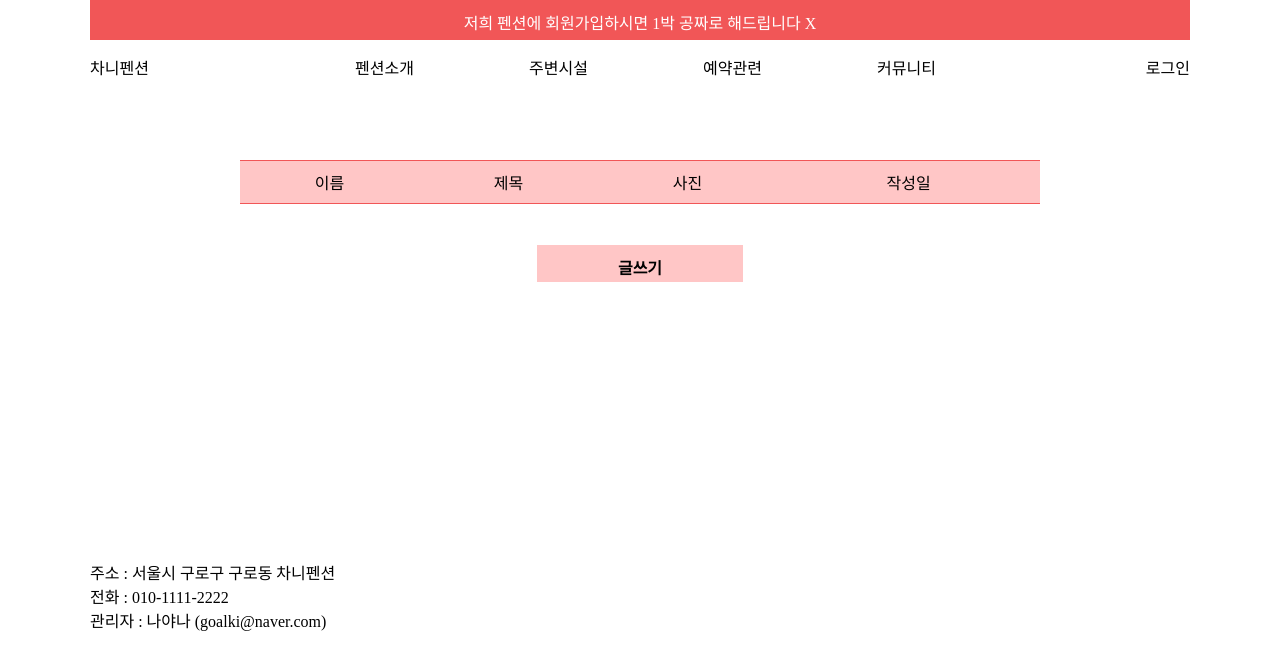
Repository: goalki/pension
Page: http://localhost/pension/tour/list.jsp
The author's editor kept a copy of each file at every save. The page is drawn from the files as they stood at one save, then again after the next save.
The browser window is 1280 px wide. The pictures show the whole page.
The page is served by Tomcat 9. Other server files are loaded and not shown. Queries for data that is not in the repository find no rows.

Above is the page before, as saved 2021-01-21 05:59:22.

### pension/WebContent/tour/list.jsp
<%@ page language="java" contentType="text/html; charset=UTF-8"
    pageEncoding="UTF-8"%>
<%@page import="java.sql.*" %>
<%@page import="pension.dto.TourDto" %>
<%@page import="pension.dao.Dao" %>
<%@page import="java.util.ArrayList" %>
<%@ taglib prefix="c" uri="http://java.sun.com/jsp/jstl/core" %>

<%
   Dao dao=new Dao();
   ArrayList<TourDto> list=dao.tour_list();
   pageContext.setAttribute("list", list);
   //out.print(list.size());
%>
<%@ include file="../top.jsp" %>


 <style>
  #section {
    width:1100px;
    height:400px;
    margin:auto;
    text-align:center;

    margin-top:60px;
  }
  #section tr:first-child {
    background:#FFC6C6;
  }
  #section td {
    height:40px;
    border:1px solid #f15657;
    border-left:none;
    border-right:none;
    border-bottom:none;
  }
  #section #link {
    margin-top:40px;
    display:inline-block;
    width:206px;
    height:27px;
    background:#FFC6C6;
    font-size:16px;
    font-weight:900;
    padding-top:10px;
  }
 </style>
 <div id="section">
   <!-- 레코드 내용 출력 -->
   <table width="800" align="center" cellspacing="0">
     <tr>
       <td> 이름 </td>
       <td> 제목 </td>
       <td> 사진 </td>
       <td> 작성일 </td>
     </tr>
    <c:forEach var="tdto" items="${list}">
     <tr>
       <td> ${tdto.name} </td>
       <td> <a href="content.jsp?id=${tdto.id}"> ${tdto.title} </a> </td>
       <td> <img src="img/${tdto.fname}" width="50"> </td>
       <td> ${tdto.writeday}  </td>
     </tr>
     </c:forEach>
     <tr height="50">
      <td colspan="4" align="center"> <a href="write.jsp" id="link"> 글쓰기 </a> </td>
     </tr>
   </table>
 </div>

<%@ include file="../bottom.jsp" %>

### pension/WebContent/top.jsp
<%@ page language="java" contentType="text/html; charset=UTF-8"
    pageEncoding="UTF-8"%>
<%@ taglib prefix="c" uri="http://java.sun.com/jsp/jstl/core" %>

<!DOCTYPE html>
<html>       <!-- index.jsp -->
<head>
<meta charset="UTF-8">
<title>Insert title here</title>
  <style>
    body {
      margin:0px;
    }
    a {
      text-decoration:none;
      color:black;
    }
    a:hover {
      color:blue;
    }
    #first {  /* 광고관련 1층 */
      width:1100px;
      height:30px;
      margin:auto;
      background:#f15657;
      text-align:center;
      padding-top:10px;
      color:white;
    }
    #second {  /* 로고, 메뉴 2층 */
      width:1100px;
      height:60px;
      margin:auto;
    }
    #second #left {
      padding-top:15px;
      width:100px;
      float:left;
    }
    #second #right {
      padding-top:15px;
      width:1000px;
      float:right;
      text-align:right;
    }
    #second #right #menu {
      display:inline-block;
      width:170px;
      height:30px; /* 주메뉴의 높이를 줘야 됩니다 */
      position:relative;
    }
    #second #right #menu:last-child {
      width:250px;
    }
    #second #right #menu .sub {
      position:absolute;
      width:120px;
      left:88px;
      top:10px;
      background:white;
      padding-left:0px;
      visibility:hidden;
      padding-top:10px;

    }
    #second #right #menu .sub li {
      list-style-type:none;
      text-align:center; /* 서브메뉴의 글자 중앙 */
    }


  </style>
    <script src="http://code.jquery.com/jquery-latest.js"></script>
  <script>
    function view_sub(n)
    {
    	document.getElementsByClassName("sub")[n].style.visibility="visible";
    }
    function hide_sub(n)
    {
    	document.getElementsByClassName("sub")[n].style.visibility="hidden";
    }

    $(function()
    {
    	$("#ff").click(function()
    	{
    		$("#first").slideUp();

    	});
    });
  </script>
</head>
<body>
  <div id="first">
     저희 펜션에 회원가입하시면  1박 공짜로 해드립니다
   <span id="ff"  style="cursor:pointer"> X </span>
  </div>
  <div id="second">
     <div id="left"> <a href="../main/index.jsp"> 차니펜션 </a></div>
     <div id="right">
        <span id="menu" onmouseenter="view_sub(0)" onmouseleave="hide_sub(0)"> 펜션소개
        <!-- 부메뉴 -->
           <ul class="sub">
            <li> <a href="../sogae/sogae.jsp"> 우리펜션 </a> </li>
            <li> 오시는길 </li>
           </ul>
        </span>
        <span id="menu" onmouseenter="view_sub(1)" onmouseleave="hide_sub(1)"> 주변시설
        <!-- 부메뉴 -->
           <ul class="sub">
            <li> 만리포 </li>
            <li> 연포</li>
            <li> 채석정 </li>
           </ul>
        </span>
        <span id="menu" onmouseenter="view_sub(2)" onmouseleave="hide_sub(2)"> 예약관련
         <!-- 부메뉴 -->
           <ul class="sub">
            <li>  예약 규정 </a> </li>
            <li> <a href="../reserve/reserve.jsp"> 실시간 예약 </a> </li>
           </ul>
        </span>
        <span id="menu" onmouseenter="view_sub(3)" onmouseleave="hide_sub(3)"> 커뮤니티
        <!-- 부메뉴 -->
           <ul class="sub">
            <li> <a href="../tour/list.jsp"> 여행 후기  </a></li>
            <li> 자유게시판 </li>
           </ul>
        </span>
        <span id="menu">
          <!-- 로그인 전 -->
          <c:if test="${userid == null}">
           <a href="../login/login.jsp"> 로그인 </a>
          </c:if>
          <!-- 관리자 로그인 한 경우 -->
          <c:if test="${userid == 'admin'}">
           <a href="../admin/reserve_view.jsp"> 예약관리  </a> /
           <a href="../admin/member_view.jsp"> 회원관리 </a> /
           <a href="../login/logout.jsp"> 로그아웃 </a>
          </c:if>
          <!--  로그인 한 후 -->
          <c:if test="${userid != null and userid != 'admin'}">
            ${name}님!! <a href="../mypage/mypage.jsp"> 내정보 </a>  <a href="../login/logout.jsp"> 로그아웃 </a>
          </c:if>

        </span>
    </div>
  </div>
  <!-- 여기까지 1층과 2층  top.jsp -->

### pension/WebContent/bottom.jsp
<%@ page language="java" contentType="text/html; charset=UTF-8"
    pageEncoding="UTF-8"%>
 <style>
 #fifth {     /* 펜션소개 5층 */
      width:1100px;
      height:100px;
      margin:auto;
    }
 </style>
<!-- 여기부터 5층 => bottom.jsp -->
  <div id="fifth">
    주소 : 서울시 구로구 구로동 차니펜션 <br>
    전화 : 010-1111-2222 <br>
    관리자 : 나야나  (goalki@naver.com) <br>
  </div>

</body>
</html>

### pension/src/pension/dao/Dao.java
package pension.dao;

import java.sql.*;
import java.time.LocalDate;
import java.util.ArrayList;

import com.oreilly.servlet.MultipartRequest;

import pension.dto.MemberDto;
import pension.dto.ReserveDto;
import pension.dto.RoomDto;
import pension.dto.TourDto;

public class Dao {

	String db="jdbc:mysql://localhost:3306/pension";
	String userid="root";
    String pw="1234";
    Connection conn;
	public Dao() throws ClassNotFoundException, SQLException
	{
		Class.forName("com.mysql.jdbc.Driver"); // 기능은 무조건 메소드내에서 실행
		conn=DriverManager.getConnection(db,userid,pw);
	}
	// room 테이블의 전체내용을 가져오기
    public ArrayList<RoomDto> get_room() throws SQLException
    {
    	String sql="select name,id from room order by price asc";
    	Statement stmt=conn.createStatement();
    	ResultSet rs=stmt.executeQuery(sql);
    	ArrayList<RoomDto> list=new ArrayList<RoomDto>();
    	while(rs.next())
    	{
    		RoomDto rdto=new RoomDto();
    		rdto.setId(rs.getInt("id"));
    		rdto.setName(rs.getString("name"));
    		list.add(rdto);
    	}
    	/*
    	String sql="select name from room order by price asc";
    	Statement stmt=conn.createStatement();
    	ResultSet rs=stmt.executeQuery(sql);
    	ArrayList<String> list=new ArrayList<String>();
    	while(rs.next())
    	{
    		list.add(rs.getString("name"));
    	}
    	*/
    	return list;
    }

    // 사용자가 선택한 방의 정보를 가져오기
    public RoomDto select_room(String id) throws SQLException
    {
    	String sql="select * from room where id="+id;
    	Statement stmt=conn.createStatement();
    	ResultSet rs=stmt.executeQuery(sql);
    	rs.next();
    	RoomDto rdto=new RoomDto();
    	rdto.setId(rs.getInt("id"));
    	rdto.setName(rs.getString("name"));
    	rdto.setMax(rs.getInt("max"));
    	rdto.setMin(rs.getInt("min"));
    	rdto.setPrice(rs.getInt("price"));

    	return rdto;
    }

    public void insert(ReserveDto rdto,String userid) throws SQLException // reserve테이블에 입력값을 넣기
    {
    	// 쿼리 생성
    	String outday="date_add('"+rdto.getInday()+"', interval "+rdto.getSuk()+" day)";
    	String sql="insert into reserve(rid,name,phone,inday,outday";
    	sql=sql+",inwon1,inwon2,inwon3,bbq,pork,suk_price,etc_price,tot_price,writeday,userid) ";
    	sql=sql+" values(?,?,?,?,"+outday+",?,?,?,?,?,?,?,?,now(),?)";

    	// date_add('2021-01-05',interval 숙박일 day);
    	PreparedStatement pstmt=conn.prepareStatement(sql);
    	pstmt.setInt(1, rdto.getRid());
    	pstmt.setString(2, rdto.getName());
    	pstmt.setString(3, rdto.getPhone());
    	pstmt.setString(4, rdto.getInday());
    	//pstmt.setString(5, outday);
    	pstmt.setInt(5, rdto.getInwon1());
    	pstmt.setInt(6, rdto.getInwon2());
    	pstmt.setInt(7, rdto.getInwon3());
    	pstmt.setInt(8, rdto.getBbq());
    	pstmt.setInt(9, rdto.getPork());
    	pstmt.setInt(10, rdto.getSuk_price());
    	pstmt.setInt(11, rdto.getEtc_price());
    	pstmt.setInt(12, rdto.getTot_price());
    	pstmt.setString(13, userid);
    	pstmt.executeUpdate();
    	//System.out.println(pstmt.toString());
    	conn.close();
    }

    public ReserveDto get_reserve(String userid) throws SQLException // 방금 예약한 정보를 가져오는 메소드(1개의 레코드)
    {
    	String sql="select * from reserve where userid='"+userid+"' order by id desc limit 1";
    	Statement stmt=conn.createStatement();
    	ResultSet rs=stmt.executeQuery(sql);
    	rs.next();
    	ReserveDto rdto=new ReserveDto();
    	rdto.setId(rs.getInt("id"));
    	rdto.setRid(rs.getInt("rid"));
    	rdto.setName(rs.getString("name"));
    	rdto.setPhone(rs.getString("phone"));
    	rdto.setInday(rs.getString("inday"));
    	rdto.setOutday(rs.getString("outday"));
    	rdto.setInwon1(rs.getInt("inwon1"));
    	rdto.setInwon2(rs.getInt("inwon2"));
    	rdto.setInwon3(rs.getInt("inwon3"));
    	rdto.setBbq(rs.getInt("bbq"));
    	rdto.setPork(rs.getInt("pork"));
    	rdto.setSuk_price(rs.getInt("suk_price"));
    	rdto.setEtc_price(rs.getInt("etc_price"));
    	rdto.setTot_price(rs.getInt("tot_price"));
    	rdto.setWriteday(rs.getString("writeday"));

    	// 방이름 가져오기
    	sql="select name from room where id="+rdto.getRid();
    	rs=stmt.executeQuery(sql);
    	rs.next();
    	rdto.setRoomname(rs.getString("name"));
    	return rdto;

    }

    public int room_state(String rid, String xday) throws SQLException// y-m-d형태의 값과 room의 id(rid)값을 받아서 예약이 되었는지를 int값으로 가져온다..
    {
    	String sql="select count(*) as cnt from reserve where inday <= ?  and outday > ? and rid=? ";
    	PreparedStatement pstmt=conn.prepareStatement(sql);
    	pstmt.setString(1, xday);
    	pstmt.setString(2, xday);
    	pstmt.setString(3, rid);
    	ResultSet rs=pstmt.executeQuery();
    	rs.next();

    	return rs.getInt("cnt");
    }

    public int suk_check(String y,String m, String d, String rid) throws SQLException
    {
        int yy=Integer.parseInt(y);
        int mm=Integer.parseInt(m);
        int dd=Integer.parseInt(d);
    	LocalDate inday=LocalDate.of(yy, mm, dd);
    	int chk=0;

    	for(int i=1;i<=8;i++)
    	{
    	  LocalDate xday=inday.plusDays(i);
    	  chk=i;
    	  String sql="select * from reserve where inday <= ? and outday > ? and rid=?";
    	  PreparedStatement pstmt=conn.prepareStatement(sql);
          pstmt.setString(1, xday.toString());
          pstmt.setString(2, xday.toString());
          pstmt.setString(3, rid);

    	  ResultSet rs=pstmt.executeQuery();
          if(rs.next())  // 레코드 있으면 true, 없으면 false
          {
        	break;// 멈춘다!!
          }

    	} // for문의 끝

    	return chk; // 몇박을 나타낼지!!
    }

    public void member_ok(MemberDto mdto) throws SQLException
    {
    	String sql="insert into member(name,userid,pwd,phone,writeday) ";
    	sql=sql+" values(?,?,?,?,now())";
    	PreparedStatement pstmt=conn.prepareStatement(sql);
        pstmt.setString(1, mdto.getName());
        pstmt.setString(2, mdto.getUserid());
        pstmt.setString(3, mdto.getPwd());
        pstmt.setString(4, mdto.getPhone());

        pstmt.executeUpdate();

        conn.close();

    }

    public boolean ismember(String userid, String pwd) throws SQLException // 회원인지 아닌지  true, false
    {
    	String sql="select * from member where userid=? and pwd=?";
    	PreparedStatement pstmt=conn.prepareStatement(sql);
    	pstmt.setString(1, userid);
    	pstmt.setString(2, pwd);

    	ResultSet rs=pstmt.executeQuery(); // 레코드가 있든지, 없든지

		/*
		 * if(rs.next()) return true; else return false;
		 */
    	return rs.next();
    }

    public int isuserid(String userid) throws SQLException
    {
    	String sql="select count(*) as num from member where userid='"+userid+"'";
    	Statement stmt=conn.createStatement();
    	ResultSet rs=stmt.executeQuery(sql);
    	rs.next();
    	// 아이디가 존재하면 1, 아니면 0
    	return rs.getInt("num");
    }

    public MemberDto mypage(String userid) throws SQLException
    {
    	String sql="select * from member where userid='"+userid+"'";
    	Statement stmt=conn.createStatement();
    	ResultSet rs=stmt.executeQuery(sql);
    	rs.next();
    	MemberDto mdto=new MemberDto();
    	mdto.setName(rs.getString("name"));
    	mdto.setPhone(rs.getString("phone"));

    	return mdto;
    }

    public ArrayList<ReserveDto> my_reserve(String userid) throws SQLException
    {
    	String sql="select r2.name,r1.inday,r1.outday,r1.bbq,r1.pork";
    	sql=sql+",r1.writeday from reserve as r1, room as r2 ";
    	sql=sql+" where r1.rid=r2.id and userid='"+userid+"'";
    	System.out.println(sql);
    	Statement stmt=conn.createStatement();
    	ResultSet rs=stmt.executeQuery(sql);
    	ArrayList<ReserveDto> list=new ArrayList<ReserveDto>();
    	while(rs.next())
    	{
    	  ReserveDto rdto=new ReserveDto();
    	  rdto.setRoomname(rs.getString("name"));
    	  rdto.setInday(rs.getString("inday"));
    	  rdto.setOutday(rs.getString("outday"));
       	  rdto.setBbq(rs.getInt("bbq"));
    	  rdto.setPork(rs.getInt("pork"));
    	  rdto.setWriteday(rs.getString("writeday"));

    	  list.add(rdto);
    	}

    	return list;
    }

    public String get_name(String userid) throws SQLException
    {
    	String sql="select name from member where userid='"+userid+"'";
    	Statement stmt=conn.createStatement();
    	ResultSet rs=stmt.executeQuery(sql);
    	rs.next();
    	return rs.getString("name");
    }

    // 아이디찾기
    public String userid_search(String name, String phone) throws SQLException
    {
    	String sql="select userid from member where name=? and phone=?";
    	PreparedStatement pstmt=conn.prepareStatement(sql);
    	pstmt.setString(1, name);
    	pstmt.setString(2, phone);
    	ResultSet rs=pstmt.executeQuery();
    	if(rs.next())
    	{
    		return rs.getString("userid");
    	}
    	else
    	{
    		return "0";
    	}

    }

    // 비밀번호 찾기
    public String pwd_search(String userid, String name, String phone) throws SQLException
    {
    	String sql="select pwd from member where name=? and phone=? and userid=?";
    	PreparedStatement pstmt=conn.prepareStatement(sql);
    	pstmt.setString(1, name);
    	pstmt.setString(2, phone);
    	pstmt.setString(3, userid);
    	ResultSet rs=pstmt.executeQuery();
    	if(rs.next())
    	{
    		return rs.getString("pwd");
    	}
    	else
    	{
    		return "0";
    	}
    }


    // 관리자가 reserve테이블에 읽어오기
    public ArrayList<ReserveDto> admin_reserve() throws SQLException
    {
    	String sql="select r1.name, r1.phone, r2.name as roomname,r1.inday,r1.outday,r1.bbq,r1.pork";
    	sql=sql+",r1.writeday from reserve as r1, room as r2 ";
    	sql=sql+" where r1.rid=r2.id order by r1.id desc";
    	//System.out.println(sql);
    	Statement stmt=conn.createStatement();
    	ResultSet rs=stmt.executeQuery(sql);
    	ArrayList<ReserveDto> list=new ArrayList<ReserveDto>();
    	while(rs.next())
    	{
    	  ReserveDto rdto=new ReserveDto();
    	  rdto.setName(rs.getString("name"));
    	  rdto.setPhone(rs.getString("phone"));
    	  rdto.setRoomname(rs.getString("roomname"));
    	  rdto.setInday(rs.getString("inday"));
    	  rdto.setOutday(rs.getString("outday"));
       	  rdto.setBbq(rs.getInt("bbq"));
    	  rdto.setPork(rs.getInt("pork"));
    	  rdto.setWriteday(rs.getString("writeday"));

    	  list.add(rdto);
    	}

    	return list;
    }

    public ArrayList<MemberDto> admin_member() throws SQLException
    {
    	String sql="select * from member where userid != 'admin' order by name asc";
    	Statement stmt=conn.createStatement();
    	ResultSet rs=stmt.executeQuery(sql);
    	ArrayList<MemberDto> list=new ArrayList<MemberDto>();
    	while(rs.next())
    	{
    	   	MemberDto mdto=new MemberDto();
    	   	mdto.setName(rs.getString("name"));
    	   	mdto.setUserid(rs.getString("userid"));
    	   	mdto.setPhone(rs.getString("phone"));
    	   	mdto.setWriteday(rs.getString("writeday"));
    	   	mdto.setState(rs.getInt("state"));

    	   	list.add(mdto);
    	}

    	return list;
    }

    public String get_name_phone(String userid) throws SQLException
    {
    	String sql="select name,phone from member where userid='"+userid+"'";
    	Statement stmt=conn.createStatement();
    	ResultSet rs=stmt.executeQuery(sql);
    	rs.next();
    	String np=rs.getString("name")+","+rs.getString("phone");
    	return np;
    }

    public void tour_write_ok(TourDto tdto) throws SQLException
    {
    	String sql="insert into tour(title,name,content,fname,writeday)";
        sql=sql+" values(?,?,?,?,now())";

		PreparedStatement pstmt=conn.prepareStatement(sql);
		pstmt.setString(1, tdto.getTitle());
		pstmt.setString(2, tdto.getName());
		pstmt.setString(3, tdto.getContent());
		pstmt.setString(4, tdto.getFname());

		pstmt.executeUpdate();

    }

    public ArrayList<TourDto> tour_list() throws SQLException
    {
        String sql="select * from tour order by id desc";
        Statement stmt=conn.createStatement();
        ResultSet rs=stmt.executeQuery(sql);

        ArrayList<TourDto> list=new ArrayList<TourDto>();
    	while(rs.next())
    	{
    	   	TourDto tdto=new TourDto();
    	   	tdto.setName(rs.getString("name"));
    	   	tdto.setTitle(rs.getString("title"));
    	   	tdto.setFname(rs.getString("fname"));
    	   	tdto.setWriteday(rs.getString("writeday"));
  	   	    tdto.setId(rs.getInt("id"));

    	   	list.add(tdto);
    	}
    	System.out.println(list.size());
    	return list;
    }

    public TourDto tour_content(String id) throws SQLException
    {
    	String sql="select * from tour where id="+id;
        Statement stmt=conn.createStatement();
        ResultSet rs=stmt.executeQuery(sql);
        rs.next();
    	TourDto tdto=new TourDto();
    	tdto.setName(rs.getString("name"));
    	tdto.setTitle(rs.getString("title"));
    	tdto.setFname(rs.getString("fname"));
    	tdto.setWriteday(rs.getString("writeday"));
  	   	tdto.setId(rs.getInt("id"));
  	   	tdto.setContent(rs.getString("content"));

    	return tdto;
    }
}

After the next save:
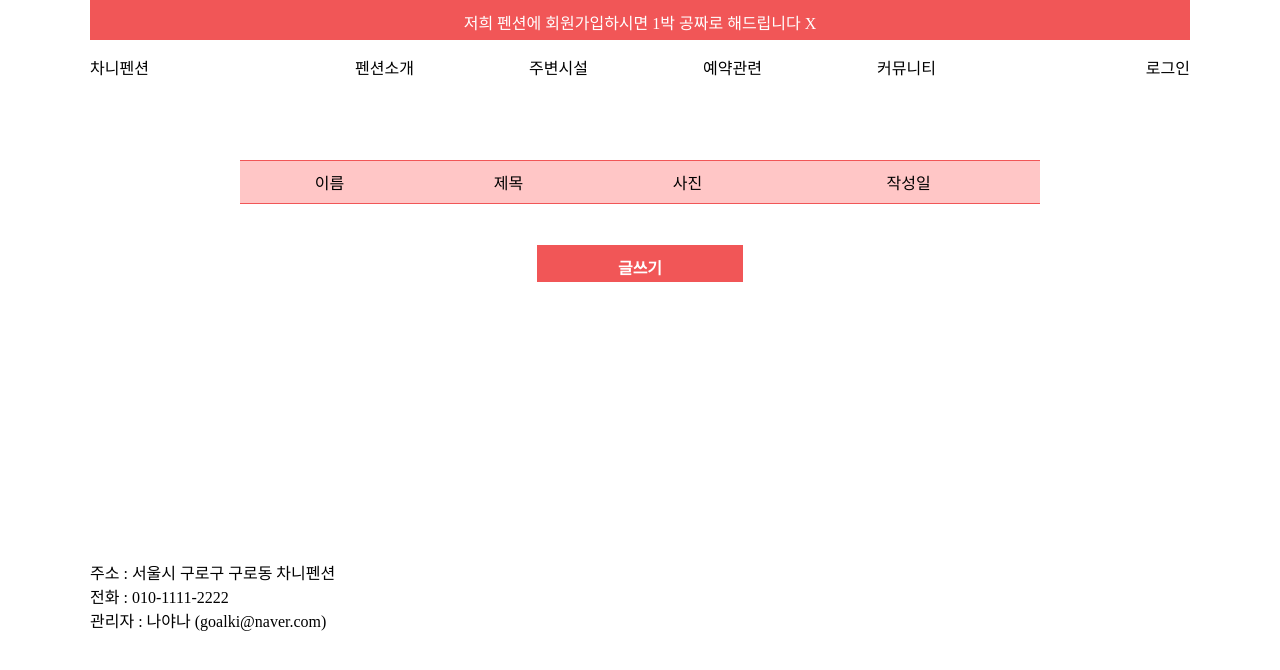
Saved 41 s later.
--- a/pension/WebContent/tour/list.jsp
+++ b/pension/WebContent/tour/list.jsp
@@ -39,7 +39,8 @@
     display:inline-block;
     width:206px;
     height:27px;
-    background:#FFC6C6;
+    background:#f15657;
+    color:white;
     font-size:16px;
     font-weight:900;
     padding-top:10px;
